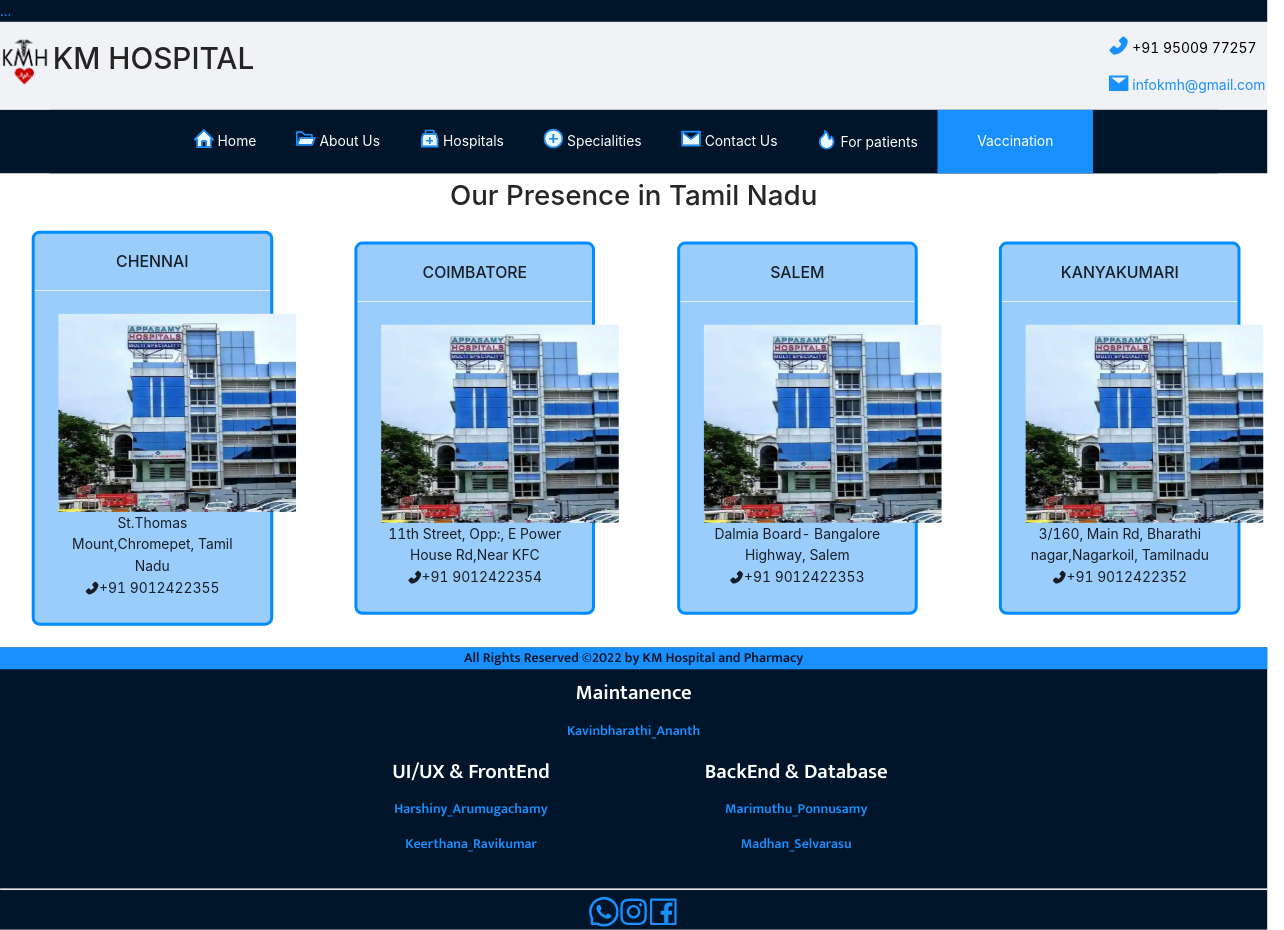
Repository: marimuthu1001/KHM-hospital
Page: /hospitals (app in km-hospital/)
An editor plug-in stored every save of this project. The page is shown before and after the next save, followed by the edit.
The browser window is 1280 px wide. The page is 1297 px wide, so the pictures cover 1297 px, including what lies to the right of the window. The pictures show the whole page, at 99% of full size.
The project was rebuilt for these pictures with package versions that can differ from the ones it lists, and the page was loaded fresh each time. Also part of the build but not shown: km-hospital/src/firebase.js, km-hospital/src/Pages/Home.jsx, km-hospital/src/Pages/ContactUs.jsx, km-hospital/src/Pages/AboutUS.jsx, km-hospital/src/Styles/Specialities.module.css, km-hospital/src/Pages/Specialities.jsx, km-hospital/src/Pages/For Patients/Bmi_Calculator.jsx, km-hospital/src/Styles/Appointment.module.css and 3 more.

Above is the page before, as saved 2022-01-27 15:19:11.

### km-hospital/public/index.html
<!DOCTYPE html>
<html lang="en">
  <head>
    <meta charset="utf-8" />
    <link rel="icon" href="%PUBLIC_URL%/favicon.ico" />
    <meta name="viewport" content="width=device-width, initial-scale=1" />
    <meta name="theme-color" content="#000000" />
    <meta
      name="description"
      content="Web site created using create-react-app"
    />
    <link rel="apple-touch-icon" href="%PUBLIC_URL%/logo192.png" />
    <!--
      manifest.json provides metadata used when your web app is installed on a
      user's mobile device or desktop. See https://developers.google.com/web/fundamentals/web-app-manifest/
    -->
    <link rel="manifest" href="%PUBLIC_URL%/manifest.json" />
    <!--
      Notice the use of %PUBLIC_URL% in the tags above.
      It will be replaced with the URL of the `public` folder during the build.
      Only files inside the `public` folder can be referenced from the HTML.

      Unlike "/favicon.ico" or "favicon.ico", "%PUBLIC_URL%/favicon.ico" will
      work correctly both with client-side routing and a non-root public URL.
      Learn how to configure a non-root public URL by running `npm run build`.
    -->
    <title>KM HOSPITAL | HOME</title>
  </head>
  <body>
    <noscript>You need to enable JavaScript to run this app.</noscript>
    <div id="root"></div>
    <!--
      This HTML file is a template.
      If you open it directly in the browser, you will see an empty page.

      You can add webfonts, meta tags, or analytics to this file.
      The build step will place the bundled scripts into the <body> tag.

      To begin the development, run `npm start` or `yarn start`.
      To create a production bundle, use `npm run build` or `yarn build`.
    -->
  </body>
</html>

### km-hospital/src/index.js
import React from 'react';
import ReactDOM from 'react-dom';
import 'antd/dist/antd.min.css'
import './index.css'
import App from './App';


ReactDOM.render(
  <React.StrictMode>
    <App />
  </React.StrictMode>,
  document.getElementById('root')
);

### km-hospital/src/index.css
@import '~antd/dist/antd.css';

.ant-menu:not(.ant-menu-horizontal) .ant-menu-item-selected {
	background: transparent;
}

.ant-menu{
    background: red;
    }

### km-hospital/src/App.js
import Nav from  './components/Nav'
import Footer from './components/Footer'
import Home from './Pages/Home'
import ContactUs from './Pages/ContactUs'
import AboutUs from './Pages/AboutUS'
import Specialities from './Pages/Specialities'
import BmiCalculator from './Pages/For Patients/Bmi_Calculator'
import Appointment from './Pages/For Patients/BookAppointment'
import Hospitals from './Pages/Hospitals'
import {BrowserRouter as Router, Route,Routes} from 'react-router-dom'

import Feedback from './Pages/Feedback'

function App() {
  return (
    <Router>
        <div className="App">
          <Nav/>
          <Routes>
            <Route exact path="/" element={<Home/>}/>
            <Route exact path="/contactus" element={<ContactUs/>}/>
            <Route exact path="/aboutus" element={<AboutUs/>}/>
            <Route exact path="/specialities" element={<Specialities/>}/>
            <Route exact path="/bmicalculator" element={<BmiCalculator/>}/>
            <Route exact path="/bookappointment" element={<Appointment/>}/>
            <Route exact path="/hospitals" element={<Hospitals/>}/>
            <Route exact path="/feedback" element={<Feedback/>}/>
          </Routes>

          <Footer/>
        </div>
    </Router>

  );
}

export default App;

### km-hospital/src/components/Nav.jsx
import React from 'react'

import Styles from '../Styles/Nav.module.css'
import { Layout, Menu, Dropdown,Row,Col } from 'antd';
import Logo from '../Images/Logo.png'

import {HomeTwoTone,
    FolderOpenTwoTone,
    MedicineBoxTwoTone,
    PlusCircleTwoTone,
    FireTwoTone ,
    MailTwoTone,
    PhoneFilled,
    MailFilled,

    } from '@ant-design/icons'

function Nav() {
  const menu = (
    <Menu>

            <Menu.Item key="1">Covid Dose</Menu.Item>
            <Menu.Item key="2">Covid Booster</Menu.Item>
            <Menu.Item key="3">Polio Vaccine</Menu.Item>
            <Menu.Item key="4">Chicken pox Vaccine</Menu.Item>
      </Menu>
  )
const patients = (
  <Menu>
         <a href="bmicalculator"> <Menu.Item key="1">Health Checkup Package</Menu.Item></a>
         <a href="bmicalculator"><Menu.Item key="2">Medicines</Menu.Item></a>
          <a href="bmicalculator"><Menu.Item key="3">Symptoms</Menu.Item></a>
          <a href="/bookappointment"> <Menu.Item key="4">Book an Appointment</Menu.Item></a>
          <a href="bmicalculator"><Menu.Item key="5">BMI Calculator</Menu.Item></a>

    </Menu>

  )

  const { Header} = Layout;
    return (

      <Layout>
        <p className={Styles.line}>...</p>
        <div className={Styles.head} >
            <Row gutters={[16,16]}>
              <Col md={{span:2}} lg={{span:1}}>
              <div className="logo">
              <img src={Logo} alt="Logo" widht={50} height={50}/>
            </div>
              </Col>
              <Col md={{span:6}} lg={{span:4}}>
              <h1>KM HOSPITAL</h1>
              </Col>
              <Col md={{span:8}} lg={{span:16}}></Col>
              <Col md={{span:5}} lg={{span:3}}>
              <div className={Styles.contactHead}>
                <p style={{color:'black'}}><PhoneFilled  style= {{ fontSize: '20px',color: '#1890ff'  }} />&nbsp;+91 95009 77257</p>
                <p><a href="mailto:infokmh@gmail.com"><MailFilled style= {{ fontSize: '20px',color: '#1890ff'  }} />&nbsp;infokmh@gmail.com</a></p>
               </div>
              </Col>
            </Row>
        </div>



      <Header className="header">
      <div className="menubar">
        <Menu style={{
            position: 'relative',
            display: 'flex',
            justifyContent: 'center',

        }} theme="dark" mode="horizontal" defaultSelectedKeys={['1']}>
     <a href="/">
          <Menu.Item key="7"><HomeTwoTone style={{fontSize:20}}/>&nbsp;Home</Menu.Item>
     </a>
     <a href="/aboutus">
          <Menu.Item key="2"><FolderOpenTwoTone style={{fontSize:20}}/>&nbsp;About Us</Menu.Item>
     </a>
     <a href="/hospitals">
          <Menu.Item key="3"><MedicineBoxTwoTone style={{fontSize:20}}/>&nbsp;Hospitals</Menu.Item>
     </a>
     <a href="/specialities">
          <Menu.Item key="4"><PlusCircleTwoTone style={{fontSize:20}}/>&nbsp;Specialities</Menu.Item>
     </a>
     <a href="/contactus">
          <Menu.Item  key="6"> <MailTwoTone style={{fontSize:20}}/>&nbsp;Contact Us</Menu.Item>
     </a>
          <Dropdown  overlay={patients} placement="topCenter">
              <Menu.Item key="5"><FireTwoTone style={{fontSize:20}}/>&nbsp;For patients</Menu.Item>
          </Dropdown>

          <Menu.Item key="1">
          <Dropdown  overlay={menu} placement="topCenter">
                    <Menu.Item>Vaccination</Menu.Item>
          </Dropdown>
          </Menu.Item>


        </Menu>  </div>
      </Header>


        </Layout>


    )
}

export default Nav

### km-hospital/src/components/Footer.jsx
import React from 'react'
import Styles from '../Styles/Footer.module.css'
import { Row, Col } from 'antd';
import {WhatsAppOutlined,
    InstagramOutlined,
    FacebookOutlined} from '@ant-design/icons'
function Footer() {
    return (
        <div  >
            <div className={Styles.footer}>


                <div className={Styles.footerContent}>
                    <div sm={1}  md={6} lg={8}  className={Styles.footerTitle}>
                        <h4>All Rights Reserved &copy;2022 by KM Hospital and Pharmacy</h4>
                    </div>


                <div className={Styles.maintain}>
                    <h2>Maintanence</h2>
                    <p>Kavinbharathi_Ananth</p>
                </div>

                <Row className={Styles.design} gutter={[34, 18]}>
                <Col xs={24} md={6}/>
                    <Col xs={24} md={6}>
                        <div>
                            <h2 className={Styles.headDecoration}>UI/UX & FrontEnd</h2>
                            <div className={Styles.decoration}>
                                <p>Harshiny_Arumugachamy</p>
                                <p>Keerthana_Ravikumar</p>
                            </div>
                        </div>
                    </Col>
                    <Col xs={24} md={6}>
                        <div>
                        <h2 className={Styles.headDecoration}>BackEnd & Database</h2>
                            <div className={Styles.decoration}>
                                <p>Marimuthu_Ponnusamy</p>
                                <p>Madhan_Selvarasu</p>
                            </div>
                        </div>
                    </Col>
                    <Col xs={24} md={6}/>
                        <Col sm={{ span: 5, offset: 0 }} md={{ span: 5, offset: 0 }} lg={{ span: 6, offset:0  }}> </Col>
                </Row>


<hr/>


                <Row  className={Styles.social}>
                    <Col sm={{span:2}} md={{span:8}} lg={{span:8}}><WhatsAppOutlined style={{fontSize: '30px' }} /></Col>
                    <Col sm={{span:2}} md={{span:8}} lg={{span:8}}><InstagramOutlined style={{fontSize: '30px' }} /></Col>
                    <Col sm={{span:2}} md={{span:8}} lg={{span:8}}><FacebookOutlined style={{fontSize: '30px' }} /></Col>
                </Row>
            </div>
        </div>
        </div>
    )
}

export default Footer

### km-hospital/src/Pages/Hospitals.jsx
import React from 'react';
import { Card, Col, Row  } from 'antd';
import Styles from '../Styles/ContactUs.module.css'
import {PhoneFilled} from '@ant-design/icons'
import Img1 from '../Images/Hospitals/hsptl (16).jpeg'
function Hospitals() {
  return (<div>
      <h1 style={{textAlign:"Center"}}>Our Presence in Tamil Nadu</h1>
            <div className="site-card-wrapper">
                    <Row className={Styles.locations} justify="space-around" align="middle" gutter={28}>
                        {/* <Col sm={{span:2}} md={{span:5}}  lg={{span:4}}></Col> */}
                        <Col  sm={{span:1}} md={{span:5}}  lg={{span:5}} >
                            <Card className={Styles.card} title="CHENNAI" bordered={true} hoverable={true}>
                            <img src={Img1} alt="Hospital"  width={240} height={200}/>
                            St.Thomas Mount,Chromepet, Tamil Nadu <br/> <PhoneFilled />+91 9012422355
                            </Card>
                        </Col>
                        <Col sm={{span:1}} md={{span:5}} lg={{span:5}} >
                            <Card  className={Styles.card} title="COIMBATORE" bordered={true} hoverable={true}>
                            <img src={Img1} alt="Hospital"  width={240} height={200}/>
                           11th Street, Opp:, E Power House Rd,Near KFC <br/> <PhoneFilled />+91 9012422354
                            </Card>
                        </Col>
                        <Col sm={{span:1}} md={{span:5}} lg={{span:5}}>
                            <Card className={Styles.card} title="SALEM" bordered={true} hoverable={true}>
                            <img src={Img1} alt="Hospital"  width={240} height={200}/>
                           Dalmia Board- Bangalore Highway, Salem  <br/> <PhoneFilled />+91 9012422353
                            </Card>
                        </Col>
                        <Col sm={{span:1}} md={{span:5}} lg={{span:5}}>
                            <Card className={Styles.card} title="KANYAKUMARI" bordered={true} hoverable={true}>
                            <img src={Img1} alt="Hospital"  width={240} height={200}/>
                             3/160, Main Rd, Bharathi nagar,Nagarkoil, Tamilnadu  <br/> <PhoneFilled />+91 9012422352
                            </Card>
                        </Col>
                        {/* <Col sm={{span:3}} md={{span:5}}  lg={{span:4}}></Col> */}
                    </Row>
              <br/>
                </div>
  </div>);
}

export default Hospitals;

### km-hospital/src/Styles/Nav.module.css
*{
    margin-top:0px;
}
.line{
    background-color:#001529;
    color:#1890ff;
}
.head h1{
    font-size: 30px;
}
.menubar .Menu.item{
    margin-left:20%;
}
a{
    text-decoration: none;
}
a:hover{
    background-color:#1890ff;
}

### km-hospital/src/Styles/Footer.module.css
@import url('https://fonts.googleapis.com/css2?family=Mukta:wght@600&display=swap');
.footer{
    background-color:#001529;
    font-family: 'Mukta', sans-serif;
    color:#1890ff;
    position:relative;
    text-align:center
}
.footer h2{
    color:#ffffff
}
.footer .footerTitle{
    color:rgb(255, 255, 255);
    background-color:#1890ff
}
.footer .social{
    text-align:center;
    display:inline-flex;
}
.social li{
    list-style-type: none;
}
.decoration{
    list-style-type:none;
    text-align:center
}
.headDecoration{
    text-align:center
}

### km-hospital/src/Styles/Home.module.css
@import url('https://fonts.googleapis.com/css2?family=Josefin+Sans:wght@700&display=swap');
.card{
    background-color:#1890ff;
    height:120px;
    border: 1px solid #001529;
    border-radius:14px;
}
.title{
    font-family: 'Josefin Sans', sans-serif;
}

### km-hospital/src/Styles/ContactUs.module.css
.title{
    text-align:center;
}
.card{
    border:3px solid #008cff;
    border-radius:8px;
    text-align: center;
    background-color:#9bcdfc;
}
.card:hover{
    border:3px solid #1890ff;
    box-shadow: 8px 8px 8px #9bcdfc ;
}
.locations{

    padding-left:5px;
}
.btn{
    width:28%;
}
.form{
    border-radius:20px;
    border:1px solid #000;
    box-shadow:5px 5px 5px rgb(0, 0, 0);
    padding-top:20px;
}

### km-hospital/src/Styles/bmiCalc.module.css
@import url('https://fonts.googleapis.com/css2?family=Poppins:wght@400&display=swap');

.aboutContent{
    margin:0 10%;
    text-align: center;
    font-family: 'Poppins', sans-serif;
    font-weight:block;
}
 .bmiFormula{

    border:1px solid #5465ff
}

After the next save:
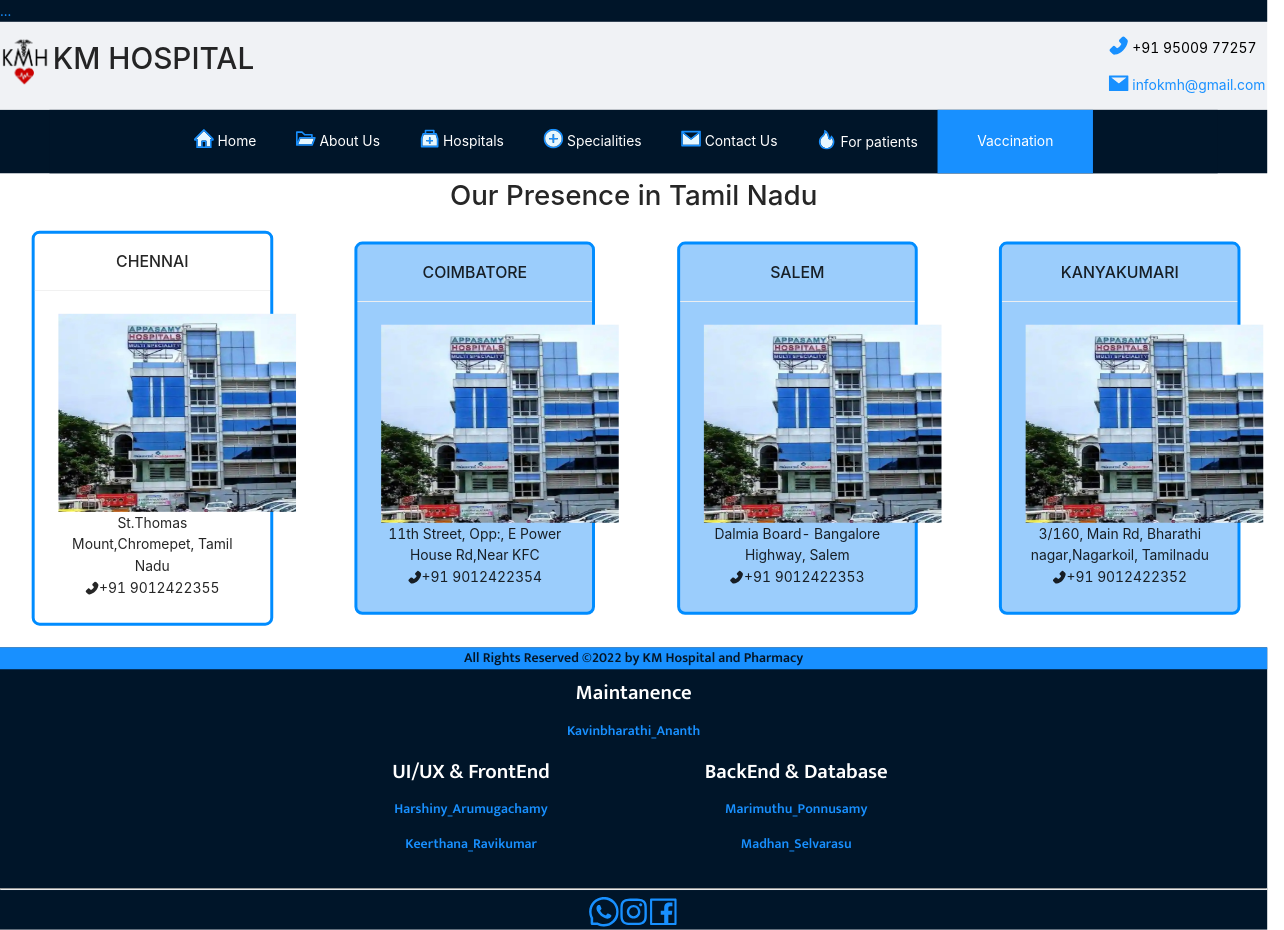
Saved 53 s later.
--- a/km-hospital/src/Pages/Hospitals.jsx
+++ b/km-hospital/src/Pages/Hospitals.jsx
@@ -10,7 +10,7 @@ function Hospitals() {
                     <Row className={Styles.locations} justify="space-around" align="middle" gutter={28}>
                         {/* <Col sm={{span:2}} md={{span:5}}  lg={{span:4}}></Col> */}
                         <Col  sm={{span:1}} md={{span:5}}  lg={{span:5}} >
-                            <Card className={Styles.card} title="CHENNAI" bordered={true} hoverable={true}>
+                            <Card className={Styles.card} style={{backgroundColor:'white'}} title="CHENNAI" bordered={true} hoverable={true}>
                             <img src={Img1} alt="Hospital"  width={240} height={200}/>
                             St.Thomas Mount,Chromepet, Tamil Nadu <br/> <PhoneFilled />+91 9012422355
                             </Card>
